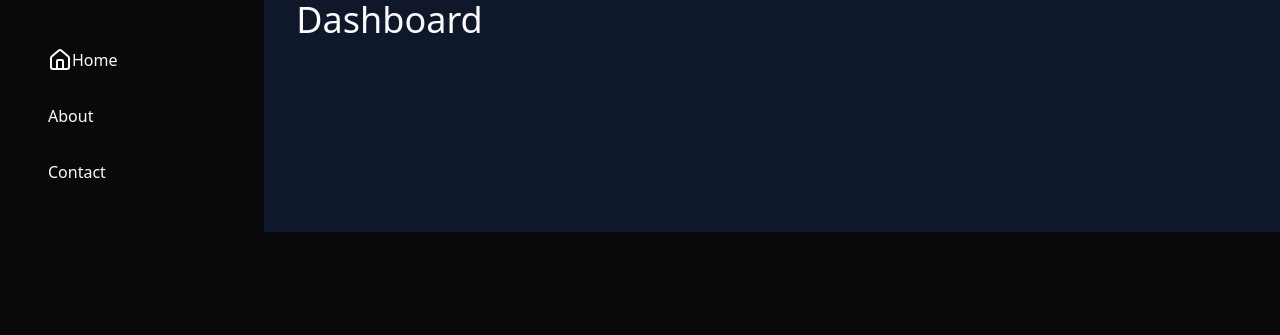
Repository: svoglimacci/recipe-app-tmp
Page: /app
The author's editor kept a copy of each file at every save. The page is drawn from the files as they stood at one save, then again after the next save.
The browser window is 1280 px wide. The pictures show the whole page.
The project was rebuilt for these pictures with package versions that can differ from the ones it lists, and the page was loaded fresh each time. Also part of the build but not shown: vite.config.ts, src/components/Recipe.tsx, src/components/RecipeList.tsx, src/components/RecipeCard.tsx, src/views/Login.tsx, src/views/Landing.tsx, src/views/Home.tsx.

Above is the page before, as saved 2024-01-30 13:55:30.

### src/App.tsx
import { ThemeProvider } from "@/components/ui/theme-provider"
import { RouterProvider } from "react-router-dom"
import { router } from "@/router"

function App() {
  return (
    <ThemeProvider defaultTheme="dark" storageKey="vite-ui-theme">
    <RouterProvider router={router}/>
  </ThemeProvider>
  )
}

export default App

### src/components/ui/theme-provider.tsx
import { createContext, useContext, useEffect, useState } from "react"

type Theme = "dark" | "light" | "system"

type ThemeProviderProps = {
  children: React.ReactNode
  defaultTheme?: Theme
  storageKey?: string
}

type ThemeProviderState = {
  theme: Theme
  setTheme: (theme: Theme) => void
}

const initialState: ThemeProviderState = {
  theme: "system",
  setTheme: () => null,
}

const ThemeProviderContext = createContext<ThemeProviderState>(initialState)

export function ThemeProvider({
  children,
  defaultTheme = "system",
  storageKey = "vite-ui-theme",
  ...props
}: ThemeProviderProps) {
  const [theme, setTheme] = useState<Theme>(
    () => (localStorage.getItem(storageKey) as Theme) || defaultTheme
  )

  useEffect(() => {
    const root = window.document.documentElement

    root.classList.remove("light", "dark")

    if (theme === "system") {
      const systemTheme = window.matchMedia("(prefers-color-scheme: dark)")
        .matches
        ? "dark"
        : "light"

      root.classList.add(systemTheme)
      return
    }

    root.classList.add(theme)
  }, [theme])

  const value = {
    theme,
    setTheme: (theme: Theme) => {
      localStorage.setItem(storageKey, theme)
      setTheme(theme)
    },
  }

  return (
    <ThemeProviderContext.Provider {...props} value={value}>
      {children}
    </ThemeProviderContext.Provider>
  )
}

export const useTheme = () => {
  const context = useContext(ThemeProviderContext)

  if (context === undefined)
    throw new Error("useTheme must be used within a ThemeProvider")

  return context
}

### src/router/index.tsx
import { createBrowserRouter } from "react-router-dom";
import { Home, Login, Landing, Dashboard } from "@/views";
import { Recipe, RecipeList } from "@/components";

const router = createBrowserRouter([
  {
    path: "/",
    element: <Landing />,
  },
  {
    path: "/login",
    element: <Login />,
  },
  {
   path: "/app",
    element: <Dashboard />,
    children: [
      {
        path: "",
        element: <Home />,
      },
      {
        path: "recipes",
        element: <RecipeList />,
      },
      {
        path: "recipes/:id",
        element: <Recipe />,
      }
    ],
  }
])

export { router }

### src/views/index.tsx
import { Dashboard } from "./Dashboard";
import { Login } from "./Login";
import { Landing } from "./Landing";
import { Home } from "./Home";

export { Dashboard, Login, Landing, Home };

### src/components/index.tsx
import { Recipe } from "./Recipe";
import { RecipeList } from "./RecipeList";
import { RecipeCard } from "./RecipeCard";
import { DashboardHeader } from "./DashboardHeader";
import { MobileNav } from "./BurgerMenu";

export {
  Recipe,
  RecipeList,
  RecipeCard,
  DashboardHeader,
  MobileNav
}

### src/views/Dashboard.tsx
import { DashboardHeader } from '@/components';
import { Nav } from '@/components/Nav';


function Dashboard() {
  return (
    <>
      <DashboardHeader />
      <div className="flex flex-row relative p-0 ">
      <Nav />
      <main className="container bg-slate-900">
        <h1 className="text-4xl text-primary">Dashboard</h1>
      </main>
      </div>
    </>
  )
}

export { Dashboard };

### src/components/DashboardHeader.tsx
import { ModeToggle } from "./ui/mode-toggle";
import { MobileNav } from "./BurgerMenu";

function DashboardHeader() {
  return(

  <header className="flex sticky top-0 z-50 md:hidden bg-slate900 justify-between">
    <MobileNav />
    <ModeToggle />
  </header>
  )
}

export { DashboardHeader  };

### src/components/BurgerMenu.tsx
import { Menu } from "lucide-react";
import { Sheet, SheetContent, SheetHeader, SheetTrigger } from "./ui/sheet";

import { Button } from "./ui/button";

function MobileNav() {
  return (
    <nav className="md:hidden">
    <Sheet>
  <SheetTrigger asChild><Button variant="ghost" size="icon"><Menu/></Button></SheetTrigger>
  <SheetContent side="left">
    <SheetHeader>

    </SheetHeader>
  </SheetContent>
</Sheet>
</nav>

  )
}

export { MobileNav  };

### src/components/Nav.tsx
import { Home } from "lucide-react";

function Nav() {
  return (
  <nav className="flex flex-row w-80 p-8">
  <ul className="flex flex-col justify-between">
    <li className="flex justify-between text-primary p-4"><Home/> Home</li>
    <li className="text-primary p-4">About</li>
    <li className="text-primary p-4">Contact</li>
  </ul>
</nav>

  )
}

export { Nav  };

### src/components/ui/mode-toggle.tsx
import { Moon, Sun } from "lucide-react"

import { Button } from "@/components/ui/button"
import { useTheme } from "@/components/ui/theme-provider"

export function ModeToggle() {
  const { theme, setTheme } = useTheme()

  return (
    <Button
      aria-label="Toggle theme"
      onClick={() => setTheme(theme === "dark" ? "light" : "dark")}
      variant="ghost"
      size="icon"
    >
      <Sun className="h-[1.2rem] w-[1.2rem] rotate-0 scale-100 transition-all dark:-rotate-90 dark:scale-0" />
      <Moon className="absolute h-[1.2rem] w-[1.2rem] rotate-90 scale-0 transition-all dark:rotate-0 dark:scale-100" />
    </Button>
  )
}

### src/components/ui/sheet.tsx
import * as React from "react"
import * as SheetPrimitive from "@radix-ui/react-dialog"
import { cva, type VariantProps } from "class-variance-authority"
import { X } from "lucide-react"

import { cn } from "@/lib/utils"
import { Button } from "./button"

const Sheet = SheetPrimitive.Root

const SheetTrigger = SheetPrimitive.Trigger

const SheetClose = SheetPrimitive.Close

const SheetPortal = SheetPrimitive.Portal

const SheetOverlay = React.forwardRef<
  React.ElementRef<typeof SheetPrimitive.Overlay>,
  React.ComponentPropsWithoutRef<typeof SheetPrimitive.Overlay>
>(({ className, ...props }, ref) => (
  <SheetPrimitive.Overlay
    className={cn(
      "fixed inset-0 z-50 bg-black/80  data-[state=open]:animate-in data-[state=closed]:animate-out data-[state=closed]:fade-out-0 data-[state=open]:fade-in-0",
      className
    )}
    {...props}
    ref={ref}
  />
))
SheetOverlay.displayName = SheetPrimitive.Overlay.displayName

const sheetVariants = cva(
  "fixed z-50 gap-4 bg-background p-6 shadow-lg transition ease-in-out data-[state=open]:animate-in data-[state=closed]:animate-out data-[state=closed]:duration-300 data-[state=open]:duration-500",
  {
    variants: {
      side: {
        top: "inset-x-0 top-0 border-b data-[state=closed]:slide-out-to-top data-[state=open]:slide-in-from-top",
        bottom:
          "inset-x-0 bottom-0 border-t data-[state=closed]:slide-out-to-bottom data-[state=open]:slide-in-from-bottom",
        left: "inset-y-0 left-0 h-full w-3/4 border-r data-[state=closed]:slide-out-to-left data-[state=open]:slide-in-from-left sm:max-w-sm",
        right:
          "inset-y-0 right-0 h-full w-3/4  border-l data-[state=closed]:slide-out-to-right data-[state=open]:slide-in-from-right sm:max-w-sm",
      },
    },
    defaultVariants: {
      side: "right",
    },
  }
)

interface SheetContentProps
  extends React.ComponentPropsWithoutRef<typeof SheetPrimitive.Content>,
    VariantProps<typeof sheetVariants> {}

const SheetContent = React.forwardRef<
  React.ElementRef<typeof SheetPrimitive.Content>,
  SheetContentProps
>(({ side = "right", className, children, ...props }, ref) => (
  <SheetPortal>
    <SheetOverlay />
    <SheetPrimitive.Content
      ref={ref}
      className={cn(sheetVariants({ side }), className)}
      {...props}
    >
      {children}
      <SheetPrimitive.Close className="absolute right-4 top-4 rounded-sm opacity-70 ring-offset-background transition-opacity hover:opacity-100 focus:outline-none focus:ring-2 focus:ring-ring focus:ring-offset-2 disabled:pointer-events-none data-[state=open]:bg-secondary">
        <Button variant="ghost" size="icon">
        <X/>
        </Button>
        <span className="sr-only">Close</span>
      </SheetPrimitive.Close>
    </SheetPrimitive.Content>
  </SheetPortal>
))
SheetContent.displayName = SheetPrimitive.Content.displayName

const SheetHeader = ({
  className,
  ...props
}: React.HTMLAttributes<HTMLDivElement>) => (
  <div
    className={cn(
      "flex flex-col space-y-2 text-center sm:text-left",
      className
    )}
    {...props}
  />
)
SheetHeader.displayName = "SheetHeader"

const SheetFooter = ({
  className,
  ...props
}: React.HTMLAttributes<HTMLDivElement>) => (
  <div
    className={cn(
      "flex flex-col-reverse sm:flex-row sm:justify-end sm:space-x-2",
      className
    )}
    {...props}
  />
)
SheetFooter.displayName = "SheetFooter"

const SheetTitle = React.forwardRef<
  React.ElementRef<typeof SheetPrimitive.Title>,
  React.ComponentPropsWithoutRef<typeof SheetPrimitive.Title>
>(({ className, ...props }, ref) => (
  <SheetPrimitive.Title
    ref={ref}
    className={cn("text-lg font-semibold text-foreground", className)}
    {...props}
  />
))
SheetTitle.displayName = SheetPrimitive.Title.displayName

const SheetDescription = React.forwardRef<
  React.ElementRef<typeof SheetPrimitive.Description>,
  React.ComponentPropsWithoutRef<typeof SheetPrimitive.Description>
>(({ className, ...props }, ref) => (
  <SheetPrimitive.Description
    ref={ref}
    className={cn("text-sm text-muted-foreground", className)}
    {...props}
  />
))
SheetDescription.displayName = SheetPrimitive.Description.displayName

export {
  Sheet,
  SheetPortal,
  SheetOverlay,
  SheetTrigger,
  SheetClose,
  SheetContent,
  SheetHeader,
  SheetFooter,
  SheetTitle,
  SheetDescription,
}

### src/components/ui/button.tsx
import * as React from "react"
import { Slot } from "@radix-ui/react-slot"
import { cva, type VariantProps } from "class-variance-authority"

import { cn } from "@/lib/utils"

const buttonVariants = cva(
  "inline-flex items-center justify-center whitespace-nowrap rounded-md text-sm font-medium ring-offset-background transition-colors focus-visible:outline-none focus-visible:ring-2 focus-visible:ring-ring focus-visible:ring-offset-2 disabled:pointer-events-none disabled:opacity-50",
  {
    variants: {
      variant: {
        default: "bg-primary text-primary-foreground hover:bg-primary/90",
        destructive:
          "bg-destructive text-destructive-foreground hover:bg-destructive/90",
        outline:
          "border border-input bg-background hover:bg-accent hover:text-accent-foreground",
        secondary:
          "bg-secondary text-secondary-foreground hover:bg-secondary/80",
        ghost: "hover:bg-accent hover:text-accent-foreground",
        link: "text-primary underline-offset-4 hover:underline",
      },
      size: {
        default: "h-10 px-4 py-2",
        sm: "h-9 rounded-md px-3",
        lg: "h-11 rounded-md px-8",
        icon: "h-10 w-10",
      },
    },
    defaultVariants: {
      variant: "default",
      size: "default",
    },
  }
)

export interface ButtonProps
  extends React.ButtonHTMLAttributes<HTMLButtonElement>,
    VariantProps<typeof buttonVariants> {
  asChild?: boolean
}

const Button = React.forwardRef<HTMLButtonElement, ButtonProps>(
  ({ className, variant, size, asChild = false, ...props }, ref) => {
    const Comp = asChild ? Slot : "button"
    return (
      <Comp
        className={cn(buttonVariants({ variant, size, className }))}
        ref={ref}
        {...props}
      />
    )
  }
)
Button.displayName = "Button"

export { Button, buttonVariants }

Loaded but not shown: index.html (common file); src/main.tsx (common file); src/index.css (common file); src/lib/utils.ts (common file); tailwind.config.js (common file)

After the next save:
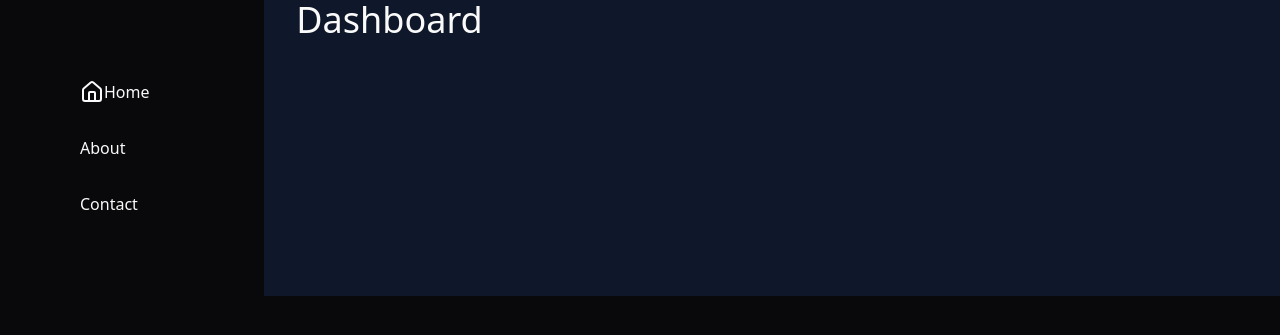
Saved 21 s later.
--- a/src/components/Nav.tsx
+++ b/src/components/Nav.tsx
@@ -3,7 +3,7 @@
 function Nav() {
   return (
   <nav className="flex flex-row w-80 p-8">
-  <ul className="flex flex-col justify-between">
+  <ul className="flex flex-col justify-between p-8">
     <li className="flex justify-between text-primary p-4"><Home/> Home</li>
     <li className="text-primary p-4">About</li>
     <li className="text-primary p-4">Contact</li>

After the 2 saves that followed:
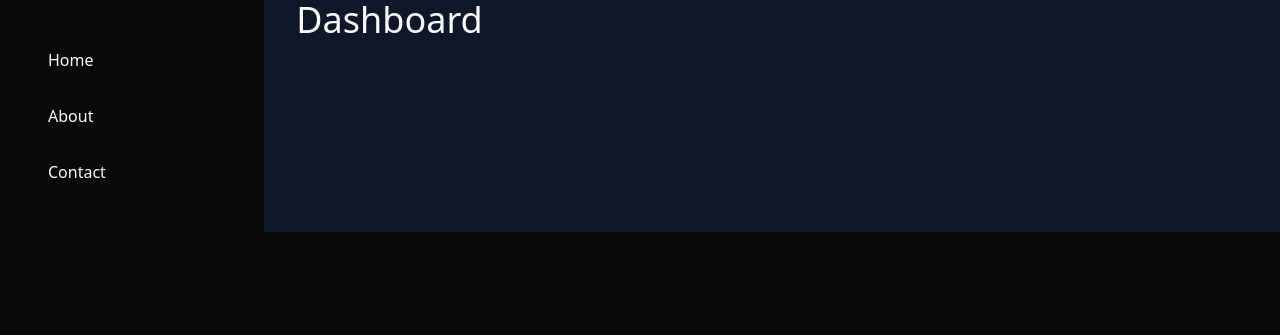
The 2 saves are shown as one change because they came seconds apart.
The last was saved 8 s later.
--- a/src/components/Nav.tsx
+++ b/src/components/Nav.tsx
@@ -3,7 +3,7 @@
 function Nav() {
   return (
   <nav className="flex flex-row w-80 p-8">
-  <ul className="flex flex-col justify-between p-8">
+  <ul className="flex flex-col justify-between w-8">
     <li className="flex justify-between text-primary p-4"><Home/> Home</li>
     <li className="text-primary p-4">About</li>
     <li className="text-primary p-4">Contact</li>
